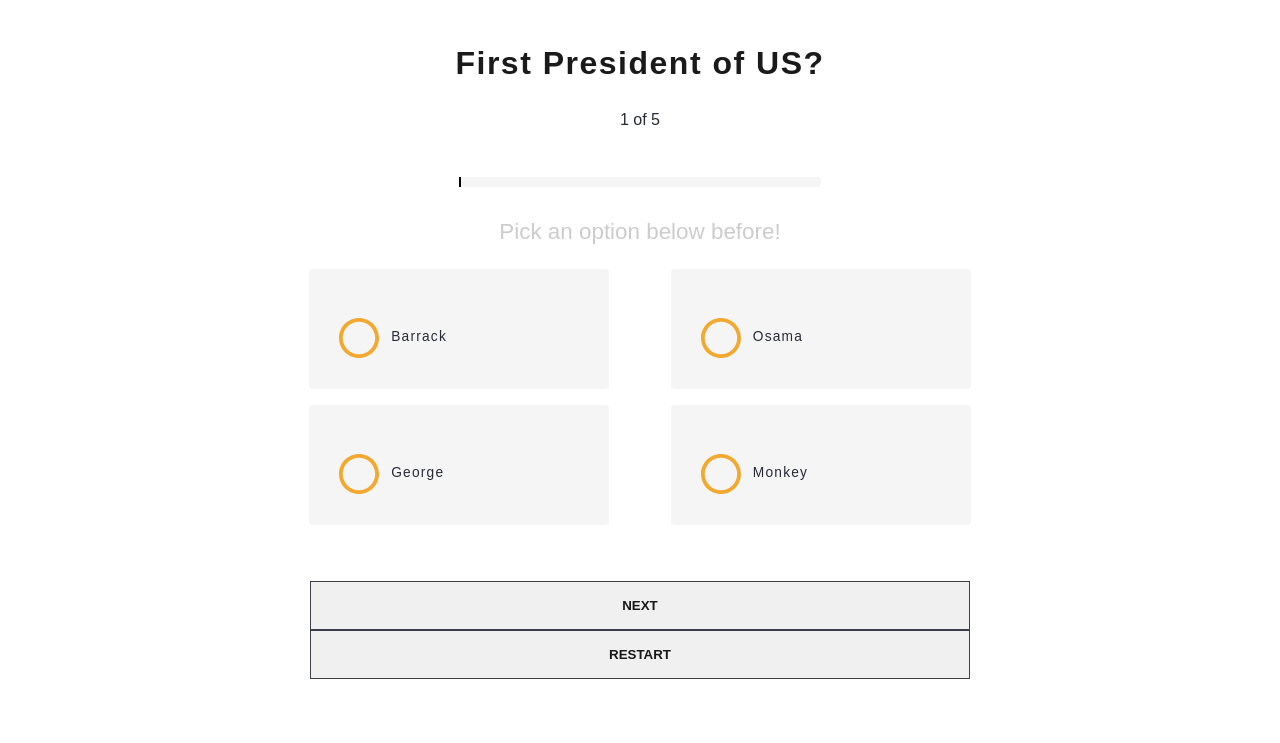
Repository: mukiSabljakovic/Quiz-APP
Page: index.html
These files come from the project's save history. The page is drawn as it stood at one moment and after the next save; the edit follows.
The browser window is 1280 px wide. The pictures show the whole page.
Some web fonts or font styles are not loaded; a fallback is used.

Above is the page before, as saved 2020-05-04 16:50:35.

### index.html
<!DOCTYPE html>
<html lang="en">
<head>
    <meta charset="UTF-8">
    <meta name="viewport" content="width=device-width, initial-scale=1.0">
    <title>Quiz</title>
    <link rel="stylesheet" href="css/style.css">
</head>
<body>
    <div class="app">
        <div class="container">
            <div class="jabquiz">

                <div class="jabquiz__question-box">
                    <h1 class="jabquiz__question"></h1>
                    <p class="jabquiz__tracker"></p>
                    <div class="progress">
                        <div class="progress__inner">

                        </div>
                    </div>
                    <p class="jabquiz__tagline">Pick an option below before!</p>
                </div>



                <div class="jabquiz__choices-box">
                    <ul class="jabquiz__choices">
                        <!-- dynamically with js -->


                    </ul>
                </div>



                <div class="jabquiz__footer">
                    <button class="button button--bordered next">Next</button>
                    <button class="button button--bordered restart">Restart</button>
                </div>



            </div>
        </div>
    </div>

    <script src="js/app.js" type="module"></script>
</body>
</html>

### css/style.css
@import url("https://fonts-googleapis.com/css?family=Raleway|PT+Serif:700");


:root {
    --main-font-color: #1a1a1a;
    --main-bg-color: white;
    --main-theme-color: rgb(243, 168, 47);
    --light-white: #f5f5f5;
    --light-gray: #ccc;
    --light-black: #282a39;
    --container-width: 768px;
    --font-body-stack: Raleway, Charcoal, sans-serif;
    --font-heading-stack: "PT Serif", sans-serif;

}

* {
 padding: 0;
 margin: 0;
 box-sizing: border-box;
}

.container {
    max-width: var(--container-width);
    margin-right: auto;
    margin-left: auto;
}

.button {
    padding: 1rem 3.8rem;
    text-transform: uppercase;
    border: 1px solid #eee;
    outline: 0;
    opacity: .9;
    font-weight: bold;
    transition: .3s all ease;
}

.button:hover {
    opacity: 1;
    background: var(--light-black);
    color: white;
}

.button.button--bordered {
    border: 1px solid var(--light-black);
}

.jabquiz {
    padding: 2rem 1.4rem;
}

.jabquiz__question-box {
    text-align: center;
}

.jabquiz__question {
    font-family: var(--font-heading-stack);
    font-weight: bold;
    letter-spacing: 1.5px;
    padding: 0.8rem 4rem;
    color: var(--main-font-color);
}

.jabquiz__tracker {
    font-family: var(--font-body-stack);
    color: var(--light-black);
    padding: 1rem;
}

.jabquiz__tagline {
    font-family: var(--font-body-stack);
    color: var(--light-gray);
    font-size: 1.4rem;
}

.progress {
    border-radius: 4px;
    margin: 2rem auto;
    width: 50%;
    background-color: var(--light-white);
}

.progress__inner {
    height: 10px;
    width: 0%;
    background-color: var(--main-theme-color);
    border-right: 2px solid black;
}

/* .jabquiz__choices-box {

} */

.jabquiz__choices {
    list-style-type: none;
    margin: 1rem auto;
    display: flex;
    flex-wrap: wrap;
}

.jabquiz__choice {
    min-width: 300px;
    border-radius: 4px;
    display: block;
    background: var(--light-white);
    margin: .5rem auto;
    font-family: sans-serif;
    color: var(--light-black);
    letter-spacing: 1.2px;
    font-size: .86rem;
}

.jabquiz__label {
    padding: 2rem 2rem;
    display: flex;
    align-items: center;
}

.jabquiz__choices input {
    opacity: 0;
}

.jabquiz__choices input:checked + label {
    color: var(--main-theme-color);
}

.jabquiz__choices input:checked + label i {
    background-image: url('../images/interface.svg');

}

.jabquiz__choices label i {
    background: url('../images/circle.svg');
    background-size: 40px;
    height: 40px;
    width: 40px;
    display: inline-block;
    position: relative;
    top: 1px;
    left: -2px;
    margin-right: 10px;
}

.jabquiz__footer {
    padding: 2rem;
    display: flex;
    flex-direction: column;
}

### js/app.js
import Question from "./Question.js";
import Quiz from "./Quiz.js";


const App = (() => {
 // cache the DOM
 const quizEl = document.querySelector(".jabquiz");
 const quizQuestionEl = document.querySelector(".jabquiz__question");
 const trackerEl = document.querySelector(".jabquiz__tracker");
 const taglineEl = document.querySelector(".jabquiz__tagline");
 const choicesEl = document.querySelector(".jabquiz__choices");
 const progressInnerEl = document.querySelector(".progress__inner");
 const nextButtonEL = document.querySelector(".next");
 const restartButtonEl = document.querySelector(".restart");

 const q1 = new Question(
     "First President of US?",
     ["Barrack", "Osama", "George", "Monkey"],
     2
 )

 const q2 = new Question(
    "When was JS created?",
    ["June 1995", "May 1995", "July 1885", "Sept 1996"],
    1
)

const q3 = new Question(
    "What does CSS stand for?",
    ["Cusa", "Cisa", "Cascading Style Sheets", "Cosa"],
    2
)

const q4 = new Question(
    "THe full form of HTML is...",
    ["Hypothalamus", "Hisan", "Huca", "Hyper Text Markup Language"],
    3
)

const q5 = new Question(
    "Console.log(typeof []) would return what?",
    ["Barr", "Object", "Null", "Array"],
    1
)

const quiz = new Quiz([q1, q2, q3, q4, q5]);

const setValue = (elem, value) => {
    elem.innerHTML = value;
}

const renderQuestion = _ => {
    const question = quiz.getCurrentQuestion().question;
    setValue(quizQuestionEl, question);
}

renderQuestion();

const renderChoicesElements = _ => {
    let markup = "";
    const currentChoices = quiz.getCurrentQuestion().choices;
    currentChoices.forEach((elem, index) => {
        markup += `
            <li class="jabquiz__choice">
            <input type="radio" name="choice" id="choice${index}" class="jabquiz__input">
            <label for="choice${index}" class="jabquiz__label">
                <i></i>
               <span>${elem}</span>
            </label>
        </li>
        `
    });
    setValue(choicesEl, markup);
}

const renderTracker = _ => {
    const index = quiz.currentIndex;
    setValue(trackerEl, `${index+1} of ${quiz.questions.length}`);
}

const getPercentage = (num1, num2) => {
    return Math.round((num1/num2) * 100);
}
const renderProgress = _ => {
    // 1. width
    const currentWidth = getPercentage(quiz.currentIndex, quiz.questions.length);
    // 2. launch(0, width)
    console.log(currentWidth);
}
renderProgress();

const renderAll = _ => {

    if (quiz.hasEnded()) {
        // renderEndScreen
    } else {
        // 1. render the question
        renderQuestion();
        // 2. render the choices elements
        renderChoicesElements();
        // 3. render Tracker
        renderTracker();
        // 4. render Progress
    }
}

return {
    renderAll: renderAll
}
})();

App.renderAll();

### js/Question.js
export default function Question(question, choices, answerKey) {
    this.question = question;
    this.choices = choices;
    this.answerKey = answerKey;

}

Question.prototype.isCorrect = function (guessKey) {
    return guessKey === this.answerKey;
}

### js/Quiz.js

export default function Quiz(questions) {
    this.questions = questions;
    this.score = 0;
    this.currentIndex = 0;
}

Quiz.prototype.getCurrentQuestion = function() {
    return this.questions[this.currentIndex];
}


Quiz.prototype.nextIndex = function() {
    this.currentIndex++;
}

Quiz.prototype.hasEnded = function() {
    return this.currentIndex === this.questions.length;
}

Quiz.prototype.guess = function(userGuess) {
    const currentQuestion = this.question[this.currentIndex];
    if (currentQuestion.issCorrect(userGuess)) {
        this.score++;
    }
    this.nextIndex();
}

### images/circle.svg
<?xml version="1.0" encoding="iso-8859-1"?>
<!-- Generator: Adobe Illustrator 19.0.0, SVG Export Plug-In . SVG Version: 6.00 Build 0)  -->
<svg version="1.1" id="Layer_1" xmlns="http://www.w3.org/2000/svg" xmlns:xlink="http://www.w3.org/1999/xlink" x="0px" y="0px"
	 viewBox="0 0 512 512" style="enable-background:new 0 0 512 512;" xml:space="preserve">
<path style="fill:#F3a82f;" d="M255.832,48.032c114.859,0.096,207.896,93.277,207.8,208.137s-93.277,207.896-208.137,207.8
	C140.7,463.872,47.695,370.795,47.695,256C47.871,141.149,140.981,48.112,255.832,48.032 M255.832,0
	C114.443,0.096-0.096,114.779,0,256.168S114.779,512.096,256.168,512C397.485,511.904,512,397.317,512,256
	C511.952,114.571,397.261-0.048,255.832,0z"/>
<g>
</g>
<g>
</g>
<g>
</g>
<g>
</g>
<g>
</g>
<g>
</g>
<g>
</g>
<g>
</g>
<g>
</g>
<g>
</g>
<g>
</g>
<g>
</g>
<g>
</g>
<g>
</g>
<g>
</g>
</svg>

After the next save:
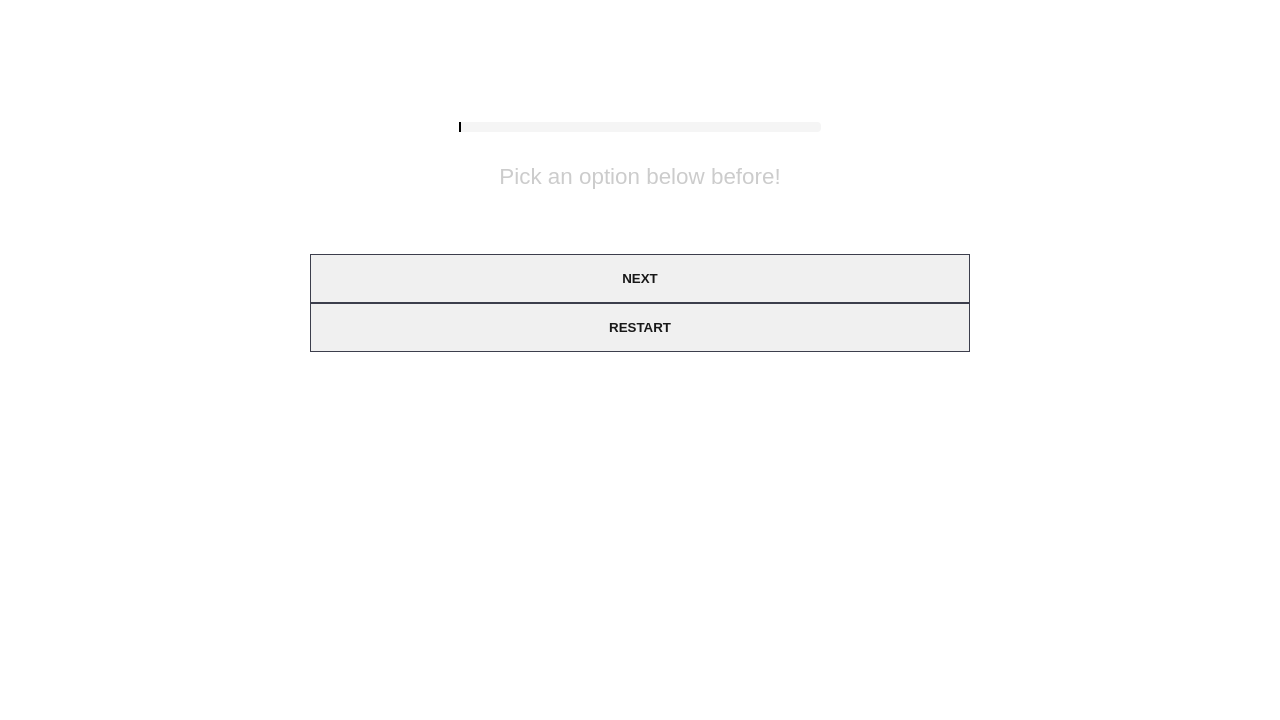
Console error: SyntaxError: Unexpected token '{'
Saved 2 min 21 s later.
--- a/js/app.js
+++ b/js/app.js
@@ -81,11 +81,24 @@
 const getPercentage = (num1, num2) => {
     return Math.round((num1/num2) * 100);
 }
+
+const launch = (width, maxPercent) => {
+    let loadingBar = setInterval(function() {
+        if (width > maxPercent) {
+            clearInterval(loadingBar) {
+
+            } else {
+                width++;
+                progressInnerEl.style.width = width + "%";
+            }
+        }
+    }, 3);
+}
 const renderProgress = _ => {
     // 1. width
     const currentWidth = getPercentage(quiz.currentIndex, quiz.questions.length);
     // 2. launch(0, width)
-    console.log(currentWidth);
+
 }
 renderProgress();
 

After the 2 saves that followed:
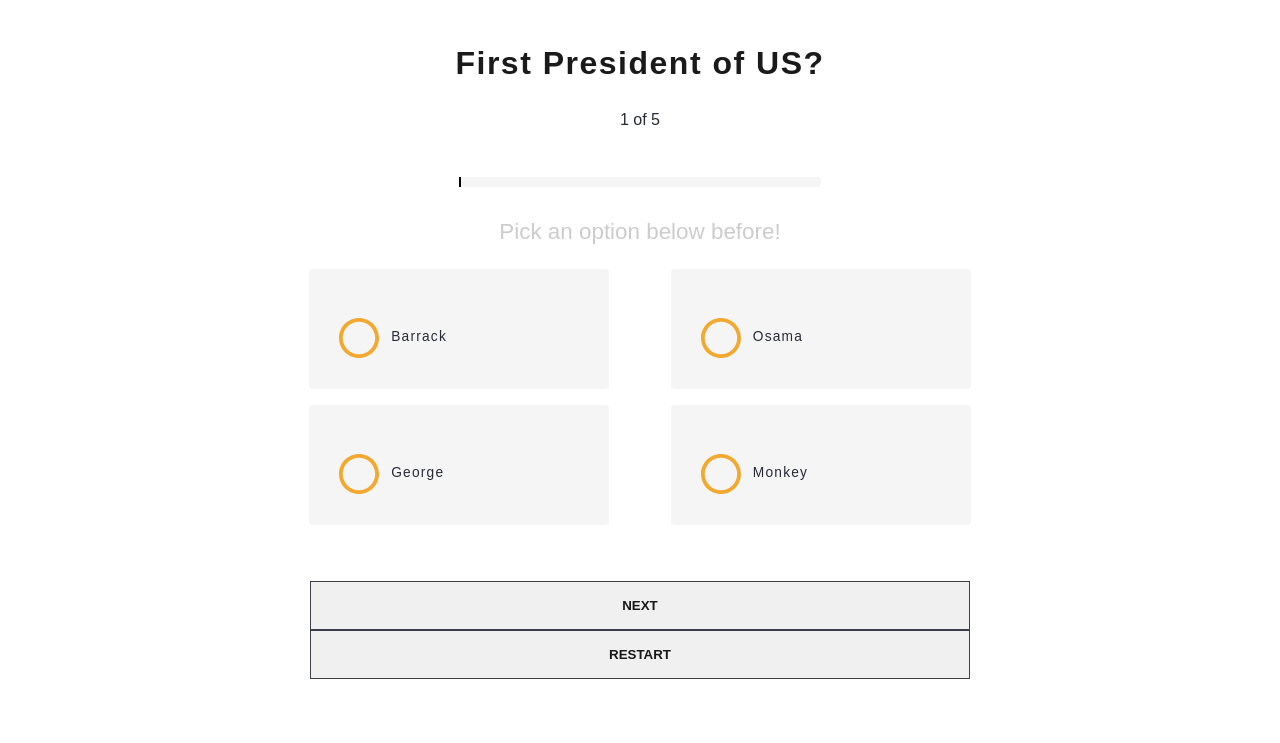
The error is gone.
The 2 saves are shown as one change because 1 left the picture as it was.
The last was saved 87 s later.
--- a/js/app.js
+++ b/js/app.js
@@ -85,14 +85,13 @@
 const launch = (width, maxPercent) => {
     let loadingBar = setInterval(function() {
         if (width > maxPercent) {
-            clearInterval(loadingBar) {
+            clearInterval(loadingBar);
 
             } else {
                 width++;
                 progressInnerEl.style.width = width + "%";
-            }
         }
-    }, 3);
+    }, 3)
 }
 const renderProgress = _ => {
     // 1. width
